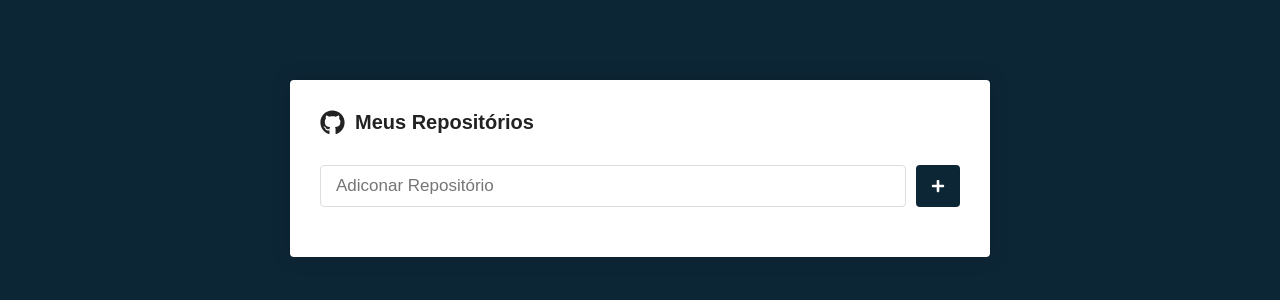
Repository: wellingtondevops/repo-git
Page: /
An editor plug-in stored every save of this project. The page is shown before and after the next save, followed by the edit.
The browser window is 1280 px wide. The pictures show the whole page.
The project was rebuilt for these pictures with package versions that can differ from the ones it lists, and the page was loaded fresh each time. A package was used in the major version that the imports need, not the one package.json lists. Also part of the build but not shown: src/pages/Repositorio/index.js.

Above is the page before, as saved 2025-06-24 22:10:58.

### src/index.js
import React from 'react';
import { createRoot } from 'react-dom/client';
import App from './App';

const container = document.getElementById('root');
const root = createRoot(container);

root.render(
  <React.StrictMode>
    <App />
  </React.StrictMode>
)

### src/App.js
import Routes from "./routes";
import GlobalStyles from "./styles/global";




function App() {
  return (
   <>
   <GlobalStyles/>
   <Routes/>
   </>

  );
}

export default App;

### src/routes.js
import React from "react";
import {BrowserRouter,Route,Switch} from "react-router-dom"
import Main from "./pages/Main";
import Repositorio from "./pages/Repositorio";



export default function Routes(){

return(
    <BrowserRouter>
    <Switch>
        <Route exact path="/" component={Main}/>
        <Route exact path="/repositorio/:repositorio" component={Repositorio}/>
    </Switch>
    </BrowserRouter>
)

}

### src/styles/global.js
import { createGlobalStyle } from "styled-components"

export default createGlobalStyle`
*{
    margin: 0;
    padding: 0;
    outline: 0;
    box-sizing: border-box;

}

html, body, #root{
    min-height: 100%;
}

body{
    background: #0D2636;
    font-size: 14px;
    -webkit-font-smoothing: antialiased !important;
}

body, input, button{
    color: #222;
    font-size: 14px;
    font-family: Arial, Helvetica, sans-serif;
}

button{
    cursor: pointer;

}






`

### src/pages/Main/index.js
import React, { useState, useCallback } from "react";
import { FaBars, FaGithub, FaPlus,FaSpinner } from "react-icons/fa"
import { Container, Form, SubmitButton,List } from "./style";

import api from "../../services/api";

export default function Main() {
    const [newRepo, setNewRepo] = useState('');
    const [repositorios, setRepositorios] = useState([]);
    const [loading, setLoading] = useState(false);



    const handleSubmit = useCallback((e) => {
        e.preventDefault();

        async function submit() {
            setLoading(true);

            try {

                const response = await api.get(`repos/${newRepo}`);
                const data = {
                    name: response.data.full_name,
                };
                setRepositorios([...repositorios, data]);
                setNewRepo('');

            } catch (error) {
                console.log(error);

            } finally {
                setLoading(false);
            }


        }
        submit()

    }, [newRepo, repositorios])

    function handleInputChange(e) {
        setNewRepo(e.target.value);
    }




    return (
        <Container>
            <h1>
                <FaGithub size={25} />
                Meus Repositórios
            </h1>
            <Form onSubmit={handleSubmit}>
                <input
                    type="text"
                    placeholder="Adiconar Repositório"
                    value={newRepo}
                    onChange={handleInputChange}
                />
                <SubmitButton type="submit" disabled={loading} loading={loading ? 1 : 0}>
                    {loading ? (
                        <FaSpinner color="#FFF" size={14} />
                    ) : (
                        <FaPlus color="#FFF" size={14} />
                    )}

                </SubmitButton>
            </Form>

            <List>

                {repositorios.map(repo =>{
                    <li key={repo.name}>
                        <span>{repo.name}</span>
                        <a href="">
                            <FaBars size={20} />
                        </a>
                    </li>
                })}
            </List>
        </Container>

    )
}

### src/pages/Main/style.js
import styled, { keyframes, css } from "styled-components";

export const Container = styled.div`
max-width: 700px;
background-color: #FFF;
border-radius: 4px;
box-shadow: 0 0 20px rgba(0,0,0,0.2);;
padding: 30px;
margin: 80px auto;

h1{
  font-size: 20px;
  display: flex;
  align-items: center;
  flex-direction: row;

  svg{
    margin-right: 10px;
  }
}
`;

export const Form = styled.form`

margin-top: 30px;
display: flex;
flex-direction: row;

input{
  flex: 1;
  border: 1px solid #DDD;
  padding: 10px 15px;
  border-radius: 4px;
  font-size: 17px;
}

`;

const animate = keyframes`
  from{
    transform: rotate(0deg);
  }
  to{
    transform: rotate(360deg);
  }
`;



export const SubmitButton = styled.button.attrs(props => ({
  type: "submit",
  disable: props.loading,
}))`
  background: #0D2636;
  border: 0;
  padding: 0 15px;
  margin-left: 10px;
  border-radius: 4px;
  display: flex;
  justify-content: center;
  align-items: center;


  &[disabled]{
    cursor: not-allowed;
    opacity: 0.6;
  }

  ${props => props.loading &&
    css`
    svg{
      animation: ${animate} 2s linear infinite;
    }
    `

  }


`;

export const List = styled.ul`
list-style: none;
margin-top: 20px;
  `;

### src/services/api.js
import axios from "axios";

const api = axios.create({
    baseURL:'https://api.github.com'
 })


 export default api;

Loaded but not shown: public/index.html (common file)

After the next save:
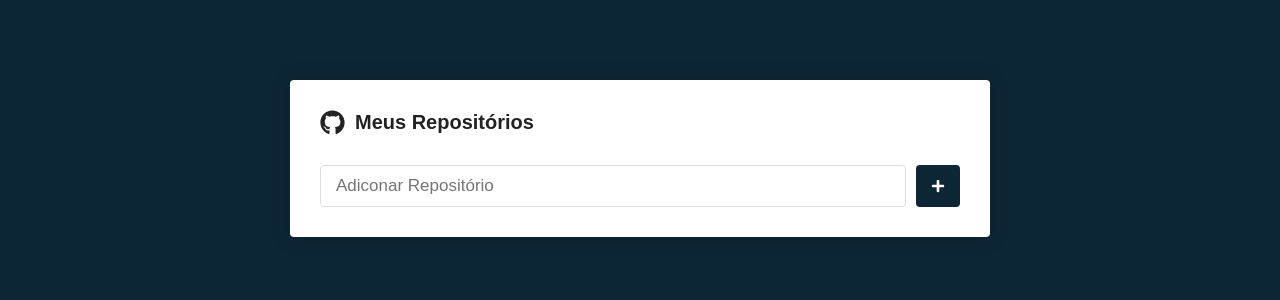
Saved 55 s later.
--- a/src/pages/Main/style.js
+++ b/src/pages/Main/style.js
@@ -79,6 +79,4 @@ export const SubmitButton = styled.button.attrs(props => ({
 `;
 
 export const List = styled.ul`
-list-style: none;
-margin-top: 20px;
   `;
